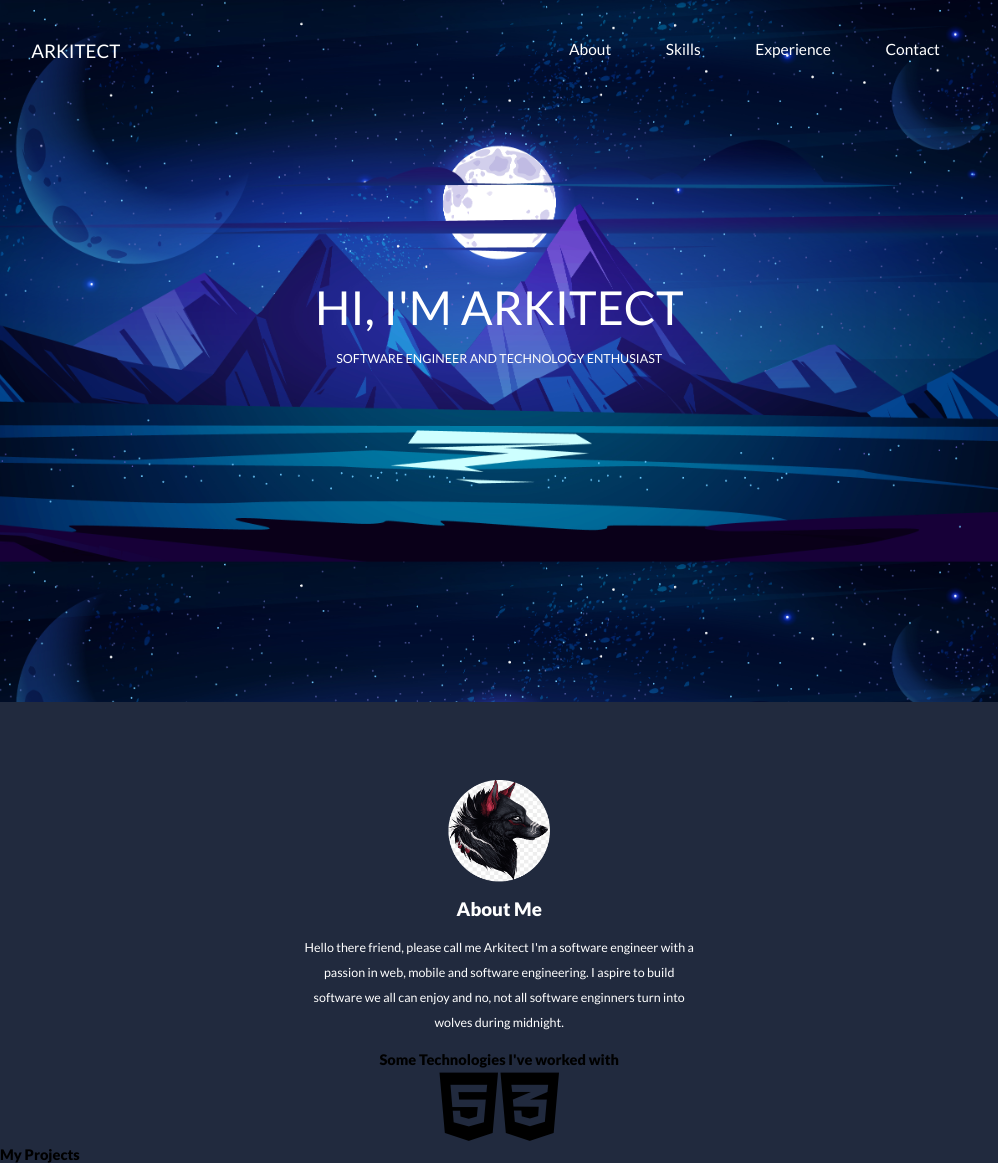
Repository: Arkitecth/personal-site
Page: index.html
These files come from the project's save history. The page is drawn as it stood at one moment and after the next save; the edit follows.
The browser window is 1280 px wide. The pictures show the whole page, at 78% of full size.
Backgrounds fixed to the window are drawn as part of the page.

Above is the page before, as saved 2023-06-17 18:19:21.

### index.html
<!DOCTYPE html>
<html lang="en">

<head>
    <meta charset="UTF-8">
    <meta http-equiv="X-UA-Compatible" content="IE=edge">
    <meta name="viewport" content="width=device-width, initial-scale=1.0">
    <link rel="preconnect" href="https://fonts.googleapis.com">
    <link rel="preconnect" href="https://fonts.gstatic.com" crossorigin>
    <link href="https://fonts.googleapis.com/css2?family=Lato:wght@300;400;900&display=swap" rel="stylesheet">
    <link rel="stylesheet" href="https://cdnjs.cloudflare.com/ajax/libs/font-awesome/6.4.0/css/all.min.css" integrity="sha512-iecdLmaskl7CVkqkXNQ/ZH/XLlvWZOJyj7Yy7tcenmpD1ypASozpmT/E0iPtmFIB46ZmdtAc9eNBvH0H/ZpiBw==" crossorigin="anonymous" referrerpolicy="no-referrer" />

    <link rel="stylesheet" href="styles.css">
    <title>Arkitect</title>
</head>

<body>
    <!-- Header -->
    <section id="title">
        <nav class="container">
            <a href="#" class="logo">Arkitect</a>
            <ul>
                <li><a href="#about">About </a></li>
                <li><a href="#">Skills </a></li>
                <li><a href="#">Experience </a></li>
                <li><a href="#">Contact</a></li>
            </ul>
        </nav>
        <div class="intro">
            <h1>Hi, I'm Arkitect</h1>
            <p>Software Engineer and Technology Enthusiast</p>
        </div>
    </section>

    <section id="about">
        <div class="about-page">
            <img class="profile-img" src="images/wolf-avatar.png" alt="wolf-avatar">
            <h2>About Me</h2>
            <p>Hello there friend, please call me Arkitect I'm a software engineer with a passion in web, mobile and
                software engineering.
                I aspire to build software we all can enjoy and no, not all software enginners turn into wolves during
                midnight.</p>
            </p>
        </div>
    </section>

    <section id="skills" class="container">
        <h3>Some Technologies I've worked with </h3>
        <div class="skill-section">
            <i class="fa-brands fa-html5"></i>
            <i class="fa-brands fa-css3-alt"></i>

        </div>

    </section>

    <section id="projects">
        <h3>My Projects </h3>
    </section>

    <section id="contact">

    </section>
</body>

</html>




<!--

<a href="https://www.freepik.com/free-vector/night-ocean-landscape-full-moon-stars-shine_17740155.htm#query=night%20sky&position=1&from_view=search&track=ais">Image by upklyak</a> on Freepik -->

### styles.css

* {
    margin: 0;
    padding: 0;
}

body {
    font-family: 'Lato', sans-serif;
    background-color: #212A3E
}

.container {
    max-width: 1200px;
    margin: 0 auto;
}



a {
    text-decoration: none;
    color: #fff;
}
#title {
    background: url(images/night_sky.jpg);
    background-attachment: fixed;
    background-size: cover;
    background-position: center;
    background-repeat: no-repeat;
    text-align: center;
    height: 900px;
}

nav {
    display: flex;
    flex-direction: row;
    align-content: center;
    justify-content: space-between;
    padding-top: 50px;
    font-size: 1.24rem;
}

nav ul {
    display: flex;
    list-style-type: none;
    flex-wrap: wrap;
}

nav ul li {
    padding: 0 30px;
}

nav ul li a {
    padding: 5px;
}


.logo {
    font-size: 1.5rem;
    text-transform: uppercase;
}




nav ul li a:active,
nav ul li a:hover {
    background: #fff;
    color: #2b1055;
    border-radius: 10%;
}


.intro {
    display: flex;
    flex-direction: column;
    justify-content: flex-end;
    align-items: center;
    padding-top: 30px;
    height: 50vh;
    color: #fff;
    text-transform: uppercase;
}



.intro > h1 {
    font-size: 60px;
    margin-bottom: 20px;
    font-weight: normal;
}


/* About Section */
.about-page {
    display: flex;
    align-items: center;
    flex-direction: column;
}

.profile-img {
    height: 130px;
    width: 130px;
    margin-top: 100px;
}

.about-page > p {
    width: 500px;
    font-size: 16px;
    color: white;
    margin-top: 20px;
    line-height: 2;
    text-align: center;
}
.about-page > h2 {
    color: white;
    margin-top: 20px;
    text-align: center;
}


/* Skill Section */
i {
    font-size: 100px;
}

#skills{
    text-align: center;
}

After the next save:
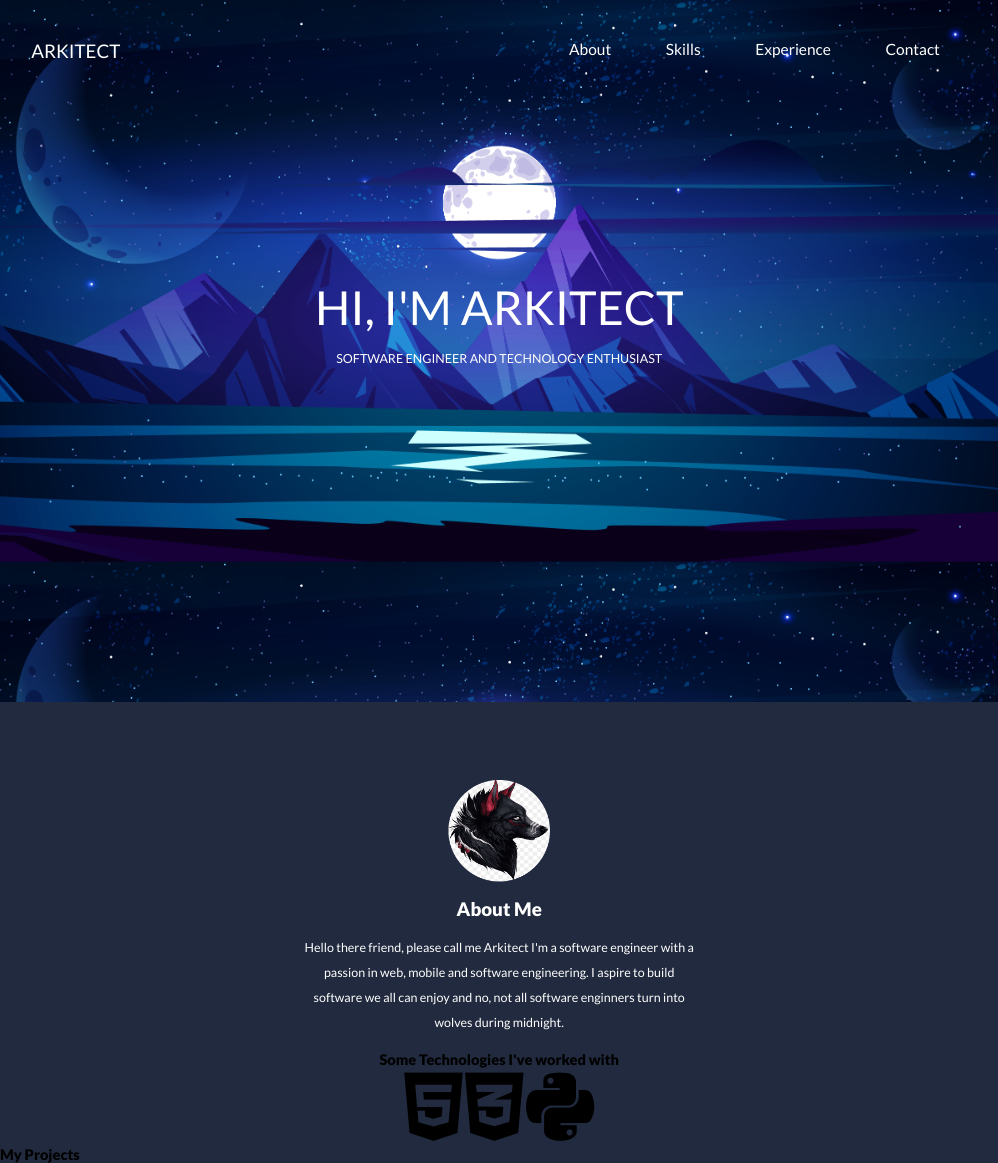
Saved 23 s later.
--- a/index.html
+++ b/index.html
@@ -49,6 +49,7 @@
         <div class="skill-section">
             <i class="fa-brands fa-html5"></i>
             <i class="fa-brands fa-css3-alt"></i>
+            <i class="fa-brands fa-python"></i>
 
         </div>
 
